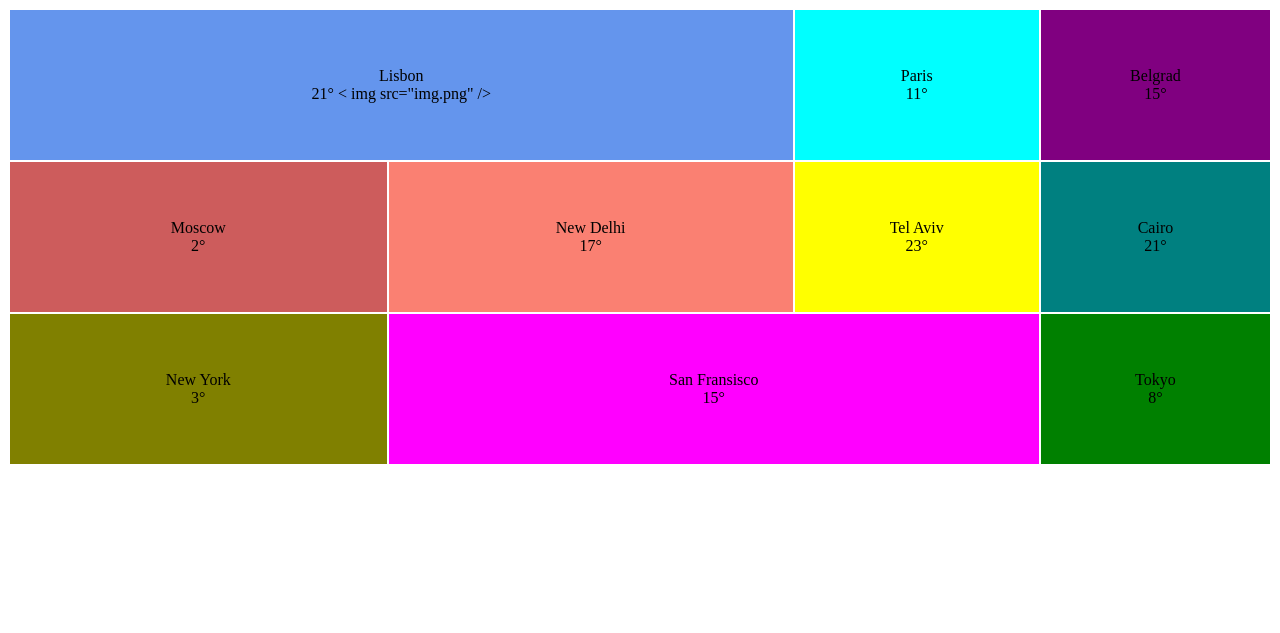
Repository: aysedo/html
Page: Week_2/index.html
An editor plug-in stored every save of this project. The page is shown before and after the next save, followed by the edit.
The browser window is 1280 px wide. The pictures show the whole page.

Above is the page before, as saved 2021-08-24 15:33:35.

### Week_2/index.html
<!DOCTYPE html>
<html lang="en">
  <head>
    <meta charset="UTF-8" />
    <meta http-equiv="X-UA-Compatible" content="IE=edge" />
    <meta name="viewport" content="width=device-width, initial-scale=1.0" />
    <title>Document</title>
  </head>
  <body>
    <table width="100%">
      <tr height="150">
        <td colspan="2" bgcolor="cornflowerblue" align="center">
          Lisbon <br />
          21°
          < img src="img.png" />
        </td>
        <td bgcolor="Aqua" align="center">
          Paris <br />
          11°
        </td>
        <td bgcolor="Purple" align="center">
          Belgrad <br />
          15°
        </td>
      </tr>
      <tr height="150">
        <td bgcolor="Indianred" align="center">
          Moscow <br />
          2°
        </td>
        <td bgcolor="Salmon" align="center">
          New Delhi <br />
          17°
        </td>
        <td bgcolor="Yellow" align="center">
          Tel Aviv <br />
          23°
        </td>
        <td bgcolor="Teal" align="center">
          Cairo <br />
          21°
        </td>
      </tr>
      <tr height="150">
        <td bgcolor="Olive" align="center">
          New York <br />
          3°
        </td>
        <td colspan="2" bgcolor="Fuchsia" align="center">
          San Fransisco<br />
          15°
        </td>
        <td bgcolor="Green" align="center">
          Tokyo <br />
          8°
        </td>
      </tr>
    </table>
  </body>
</html>

After the next save:
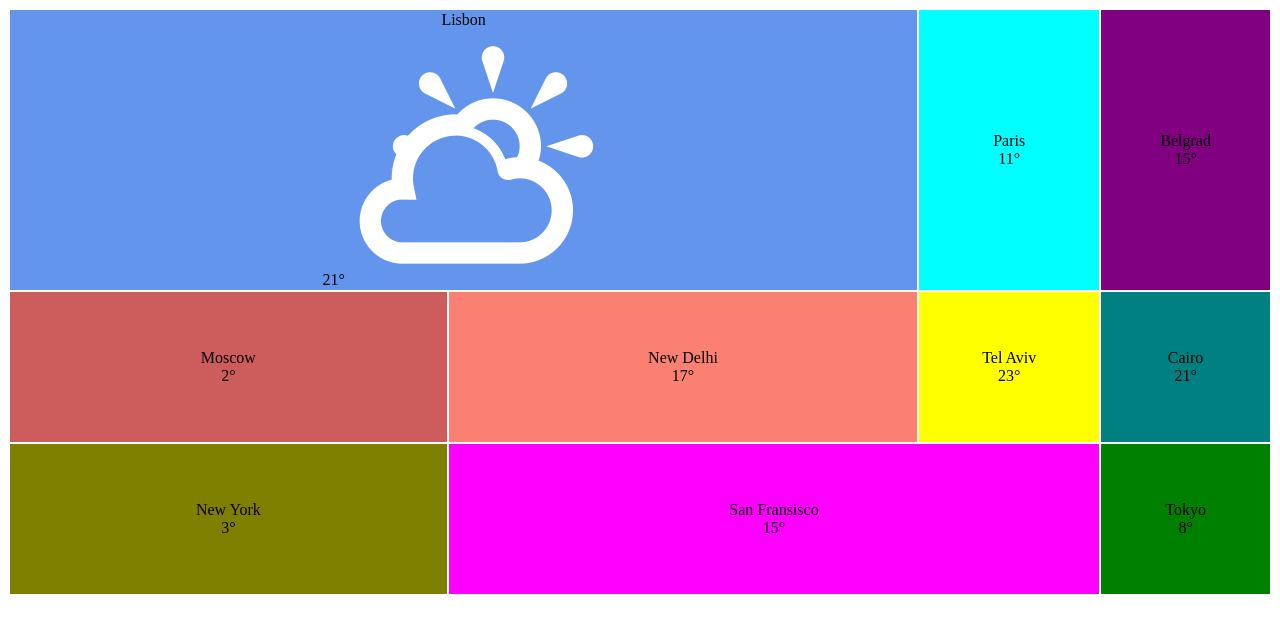
Saved 66 s later.
--- a/Week_2/index.html
+++ b/Week_2/index.html
@@ -12,7 +12,7 @@
         <td colspan="2" bgcolor="cornflowerblue" align="center">
           Lisbon <br />
           21°
-          < img src="img.png" />
+          <img src="img.png"
         </td>
         <td bgcolor="Aqua" align="center">
           Paris <br />
